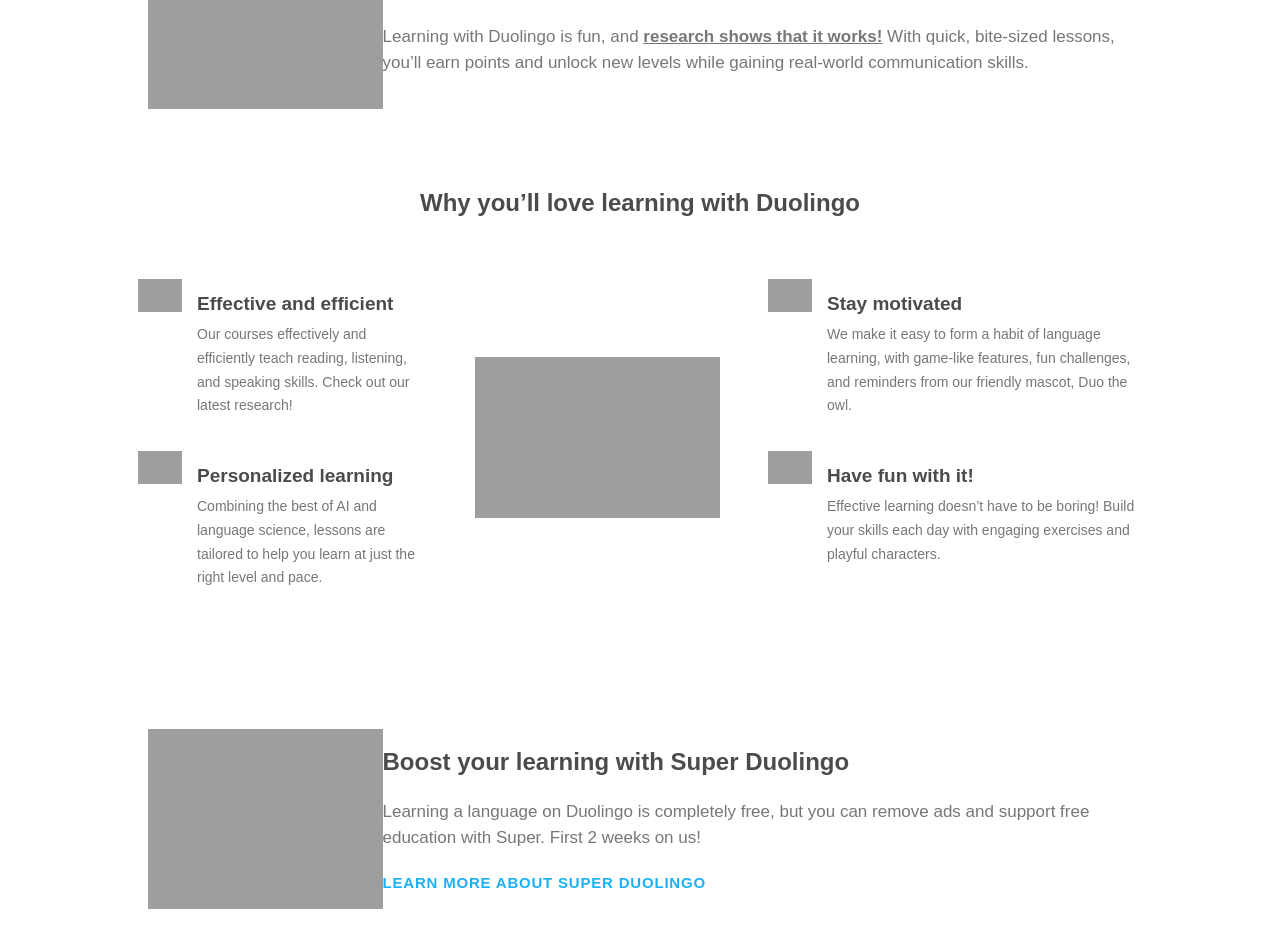
Repository: kauittt/duolingo-little
Page: login.html
These files come from the project's save history. The page is drawn as it stood at one moment and after the next save; the edit follows.
The browser window is 1280 px wide. The pictures show the part of the page from y = 807 to 1759 px (the page is 1759 px tall).
Pictures or frames that could not be fetched are drawn as grey boxes. A picture or video elsewhere on the page could not be fetched, so the positions and the page height are approximate. Some web libraries are served in a nearby version.

Above is the page before, as saved 2023-03-26 20:23:45.

### login.html
<!DOCTYPE html>
<html lang="en">
    <head>
        <meta charset="UTF-8" />
        <meta http-equiv="X-UA-Compatible" content="IE=edge" />
        <meta name="viewport" content="width=device-width, initial-scale=1.0" />
        <title>Duolingo Little</title>

        <!--! favicon -->
        <link rel="icon" type="image/x-icon" href="./assets/img/logo.png" />

        <!--! Font Awesome  -->
        <link rel="preconnect" href="https://cdnjs.cloudflare.com" />
        <link
            rel="stylesheet"
            href="https://cdnjs.cloudflare.com/ajax/libs/font-awesome/6.3.0/css/all.min.css"
        />

        <!--! CSS -->
        <link rel="stylesheet" href="./assets/css/reset.css" />
        <link rel="stylesheet" href="./assets/fonts/stylesheet.css" />
        <link rel="stylesheet" href="./assets/css/stytes.css" />
    </head>
    <body>
        <div class="main">
            <header class="header">
                <div class="wrap header-wrap">
                    <a class="header__img">
                        <img
                            src="https://d35aaqx5ub95lt.cloudfront.net/images/dca3b978d07a7dfc05adb1d5526e9e21.svg"
                            alt="Duolingo"
                        />
                    </a>
                    <div class="header__language">SITE LANGUAGE: ENGLISH</div>
                </div>
            </header>

            <div class="content">
                <div class="hero">
                    <div class="hero-wrap">
                        <div class="hero__img">
                            <img
                                src="https://d35aaqx5ub95lt.cloudfront.net/images/331a32943ff73be28537dfc7469d5639.svg"
                                alt="Earth"
                            />
                        </div>
                        <div class="hero-content">
                            <h1 class="hero-content__heading">
                                The free, fun, and effective way to learn a
                                language!
                            </h1>
                            <div class="hero-content-select">
                                <div class="hero-content-select">
                                    <div class="btn btn--primary">
                                        GET STARTED
                                    </div>
                                    <div class="btn">
                                        I ALREADY HAVE AN ACCOUNT
                                    </div>
                                </div>
                            </div>
                        </div>
                    </div>
                </div>

                <section class="section top">
                    <div class="wrap top-wrap">
                        <div class="section__img">
                            <img
                                src="https://d35aaqx5ub95lt.cloudfront.net/images/776364e6419216ffd84ddf8d8815711b.svg"
                                alt="Duolingo"
                            />
                        </div>

                        <div class="section-content">
                            <h2 class="section-content__heading">
                                The world’s #1 way to learn a language
                            </h2>
                            <div class="section-content__desc">
                                Learning with Duolingo is fun, and
                                <b>research shows that it works!</b> With quick,
                                bite-sized lessons, you’ll earn points and
                                unlock new levels while gaining real-world
                                communication skills.
                            </div>
                            <div class="section-content__link"></div>
                        </div>
                    </div>
                </section>

                <section class="section feature">
                    <div class="wrap feature-wrap">
                        <h3 class="section-content__heading">
                            Why you’ll love learning with Duolingo
                        </h3>
                        <div class="section-content">
                            <div class="section-content-group">
                                <div class="section-content-group-item">
                                    <img
                                        src="https://d35aaqx5ub95lt.cloudfront.net/images/1994201dce8a55a0017d59b58a035fc3.svg"
                                        alt=""
                                    />
                                    <div>
                                        <div
                                            class="section-content-group-item__heading"
                                        >
                                            Effective and efficient
                                        </div>
                                        <div
                                            class="section-content-group-item__desc"
                                        >
                                            Our courses effectively and
                                            efficiently teach reading,
                                            listening, and speaking skills.
                                            Check out our latest research!
                                        </div>
                                    </div>
                                </div>

                                <div class="section-content-group-item">
                                    <img
                                        src="https://d35aaqx5ub95lt.cloudfront.net/images/8f1e99a540ab7afcf5915e8852024e4c.svg"
                                        alt=""
                                    />
                                    <div>
                                        <div
                                            class="section-content-group-item__heading"
                                        >
                                            Personalized learning
                                        </div>
                                        <div
                                            class="section-content-group-item__desc"
                                        >
                                            Combining the best of AI and
                                            language science, lessons are
                                            tailored to help you learn at just
                                            the right level and pace.
                                        </div>
                                    </div>
                                </div>
                            </div>

                            <div class="section-content-group">
                                <div class="section-content-group__img">
                                    <img
                                        src="https://d35aaqx5ub95lt.cloudfront.net/images/3816ddfd0658efd7bb713fd823053b82.svg"
                                        alt="Duolingo"
                                    />
                                </div>
                            </div>

                            <div class="section-content-group">
                                <div class="section-content-group-item">
                                    <img
                                        src="https://d35aaqx5ub95lt.cloudfront.net/images/splash/ebdcc22deaf0f85388fcb09e7ecfbe78.svg"
                                        alt=""
                                    />
                                    <div>
                                        <div
                                            class="section-content-group-item__heading"
                                        >
                                            Stay motivated
                                        </div>
                                        <div
                                            class="section-content-group-item__desc"
                                        >
                                            We make it easy to form a habit of
                                            language learning, with game-like
                                            features, fun challenges, and
                                            reminders from our friendly mascot,
                                            Duo the owl.
                                        </div>
                                    </div>
                                </div>

                                <div class="section-content-group-item">
                                    <img
                                        src="https://d35aaqx5ub95lt.cloudfront.net/images/splash/a4d5fab3d1926c240cb2ae696b07d156.svg"
                                        alt=""
                                    />
                                    <div>
                                        <div
                                            class="section-content-group-item__heading"
                                        >
                                            Have fun with it!
                                        </div>
                                        <div
                                            class="section-content-group-item__desc"
                                        >
                                            Effective learning doesn’t have to
                                            be boring! Build your skills each
                                            day with engaging exercises and
                                            playful characters.
                                        </div>
                                    </div>
                                </div>
                            </div>
                        </div>
                    </div>
                </section>

                <section class="section super">
                    <div class="wrap super-wrap">
                        <div class="section__img">
                            <img
                                src="https://d35aaqx5ub95lt.cloudfront.net/images/super/8183c77cba99daf1e900fb5f9b0cc671.svg"
                                alt="Duolingo"
                            />
                        </div>

                        <div class="section-content">
                            <h2 class="section-content__heading">
                                Boost your learning with Super Duolingo
                            </h2>
                            <div class="section-content__desc">
                                Learning a language on Duolingo is completely
                                free, but you can remove ads and support free
                                education with Super. First 2 weeks on us!
                            </div>
                            <div class="section-content__link">
                                LEARN MORE ABOUT SUPER DUOLINGO
                            </div>
                        </div>
                    </div>
                </section>
            </div>
        </div>
    </body>
</html>

### assets/fonts/stylesheet.css
@font-face {
    font-family: "DINRoundPro";
    src: url("din round/DINRoundPro-Bold.woff2") format("woff2"),
        url("din round/DINRoundPro-Bold.woff") format("woff");
    font-weight: bold;
    font-style: normal;
    font-display: swap;
}

@font-face {
    font-family: "DINRoundPro";
    src: url("din round/DINRoundPro-Black.woff2") format("woff2"),
        url("din round/DINRoundPro-Black.woff") format("woff");
    font-weight: 900;
    font-style: normal;
    font-display: swap;
}

@font-face {
    font-family: "DINRoundPro";
    src: url("din round/DINRoundPro.woff2") format("woff2"),
        url("din round/DINRoundPro.woff") format("woff");
    font-weight: normal;
    font-style: normal;
    font-display: swap;
}

@font-face {
    font-family: "DINRoundPro";
    src: url("din round/DINRoundPro-Light.woff2") format("woff2"),
        url("din round/DINRoundPro-Light.woff") format("woff");
    font-weight: 300;
    font-style: normal;
    font-display: swap;
}

@font-face {
    font-family: "DINRoundPro-Medi";
    src: url("din round/DINRoundPro-Medi.woff2") format("woff2"),
        url("din round/DINRoundPro-Medi.woff") format("woff");
    font-weight: 500;
    font-style: normal;
    font-display: swap;
}

### assets/css/stytes.css
* {
    box-sizing: border-box;
}

html {
    font-size: 62.5%;
    font-family: din-round, sans-serif;
    scroll-behavior: smooth;
}

:root {
    --text-color: #777777;
    --heading-color: #4b4b4b;
    --main-color: #58cc02;
    --bgr-color: rgba(35, 83, 144);
    --link-color: rgb(28, 176, 246);
    --bgr-star: url(https://d35aaqx5ub95lt.cloudfront.net/images/4986531ca822d48e57b4a18f40ff5172.svg);
}

body {
    font-size: 17px;
    font-weight: 500;
    color: var(--text-color);
}

.wrap {
    width: 1065px;
    max-width: calc(100% - 48px);
    margin: 0 auto;
    padding: 40px;
}

.btn {
    padding: 15.5px 36px;
    font-size: 14px;
    font-weight: 700;
    letter-spacing: 0.8px;
    text-align: center;
    text-transform: uppercase;
    color: white;
    background-color: var(--bgr-color);
    box-shadow: 0 4px 0 rgb(4, 44, 96);
    border: 2px solid rgb(4, 44, 96);
    border-radius: 12px;
    cursor: pointer;
    transition: all 0.2s ease;
}

.btn:hover {
    filter: brightness(1.1);
}

.btn--primary {
    background-color: var(--main-color);
    box-shadow: 0 4px 0 rgb(88, 167, 0);
    border: 2px solid rgb(88, 167, 0);
}

/*! HEADER */
.header {
    position: fixed;
    inset: 0;
    height: 70px;
    width: 100%;
    background: var(--bgr-color);
    /* display: none; */
}

.header.stick {
    box-shadow: rgba(0, 0, 0, 0.24) 0px 3px 8px;
}

.header-wrap {
    display: flex;
    justify-content: space-between;
    align-items: center;
    padding: 0 40px;
    height: 100%;
    background: var(--bgr-color);
}

.header__img {
    height: 40px;
}

.header__img img {
    height: 36px;
}

.header__language {
    margin-right: 22px;
    font-size: 14px;
    font-weight: 700;
    letter-spacing: 0.8px;
    line-height: 1.15;
    text-transform: uppercase;
    color: white;
}

/*!! CONTENT */
.content {
    height: 200vh;
}

/*! hero */
.hero {
    display: flex;
    justify-content: center;
    align-items: center;
    height: 100vh;
    background-color: var(--bgr-color);
    background-image: var(--bgr-star);
}

.hero-wrap {
    display: flex;
    justify-content: center;
    align-items: center;
    width: 1269px;
    margin: 12px auto;
    padding: 40px;
}

.hero__img {
}

.hero__img img {
}

.hero-content {
    display: flex;
    justify-content: center;
    align-items: center;
    flex-direction: column;
    margin: auto 48px;
}

.hero-content__heading {
    margin-bottom: 50px;
    font-size: 32px;
    font-weight: 700;
    line-height: 40px;
    text-align: center;
    color: white;
}

.hero-content-select {
}

.hero-content-select > :first-child {
    margin-bottom: 15px;
}

/*! section  */

.section {
}
.section__img {
}

.section__img img {
    height: 100%;
    width: 100%;
}

.section-content {
}

.section-content > :first-child .section-content-group-item > :last-child {
    height: 148px;
    width: 230px;
}

.section-content > :last-child .section-content-group-item > :last-child {
    height: 148px;
    width: 315px;
}

.section-content__heading {
    font-size: 24px;
    font-weight: 700;
    color: var(--heading-color);
}

.section-content__desc {
    margin: 25px 0;
    font-size: 17px;
    font-weight: 500;
    line-height: 1.5;
    color: var(--text-color);
}

.section-content__desc b {
    /* color: var(--heading-color); */
    font-weight: 700;
    text-decoration: underline;
}

.section-content__link {
    font-size: 15px;
    font-weight: 700;
    letter-spacing: 0.8px;
    text-transform: uppercase;
    color: var(--link-color);
}

/*? top */
.top {
    display: flex;
    justify-content: center;
    align-items: center;
    margin-top: 12px;
    height: 225px;
}
.top-wrap {
    display: flex;
    justify-content: space-between;
    align-items: center;
}

.top .section__img img {
    height: 145px;
    min-width: 185px;
    margin-right: 50px;
}

/*? feature */
.feature .wrap {
    display: flex;
    justify-content: center;
    align-items: center;
    flex-direction: column;
}
.feature .section-content__heading {
    line-height: 26px;
    font-size: 24px;
    font-weight: 700;
    color: var(--heading-color);
}

.feature .section-content {
    display: grid;
    grid-template-columns: 1fr 1fr 1fr;
    /* grid-column-gap: 48px; */
    margin-top: 78px;
}

.feature .section-content-group {
    display: flex;
    justify-content: center;
    align-items: center;
    flex-direction: column;
}

.feature .section-content-group-item {
    display: flex;
    align-items: flex-start;
    margin-bottom: 24px;
    min-height: 148px;
}

.feature .section-content-group-item > img {
    width: 44px;
    margin-right: 15px;
    margin-top: -15px;
}

.feature .section-content-group-item__heading {
    position: relative;
    font-size: 19px;
    font-weight: 700;
    color: var(--heading-color);
}

.feature .section-content-group-item__desc {
    margin-top: 10px;
    font-size: 14px;
    line-height: 1.7;
    color: var(--text-color);
}

.feature .section-content-group__img {
}

.feature .section-content-group__img img {
    width: 245px;
    height: 161px;
    margin: 0 48px;
    margin-top: -55px;
}

/*? super */
.super {
    display: flex;
    justify-content: center;
    align-items: center;
    margin-top: 12px;
    height: 260px;
}
.super-wrap {
    display: flex;
    justify-content: space-between;
    align-items: center;
}

.super .section__img img {
    height: 180px;
    min-width: 185px;
    margin-right: 50px;
}

Loaded but not shown: assets/css/reset.css (common file)

After the next save:
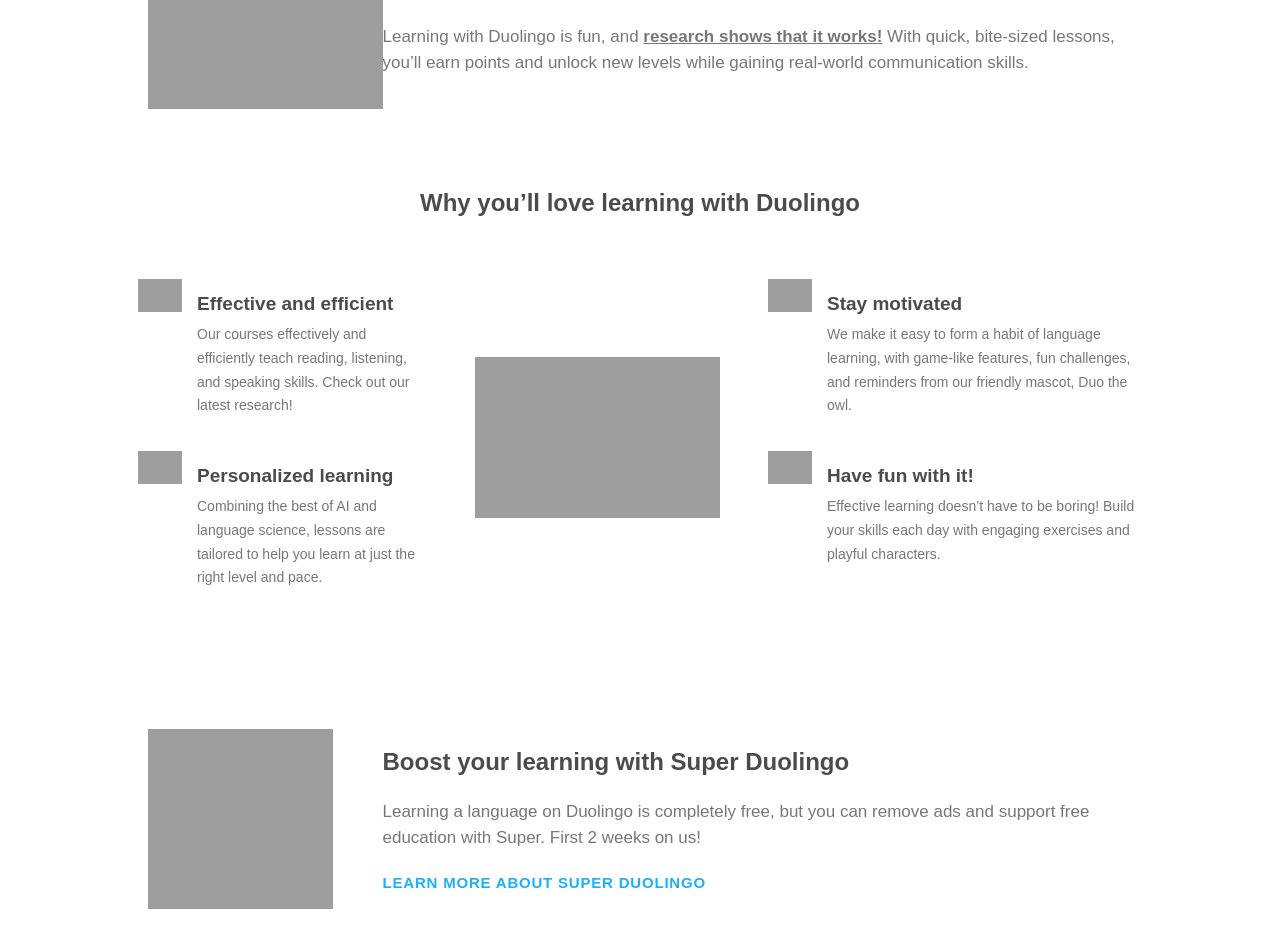
Saved 73 s later.
--- a/assets/css/stytes.css
+++ b/assets/css/stytes.css
@@ -305,6 +305,6 @@
 
 .super .section__img img {
     height: 180px;
-    min-width: 185px;
+    width: 185px;
     margin-right: 50px;
 }
